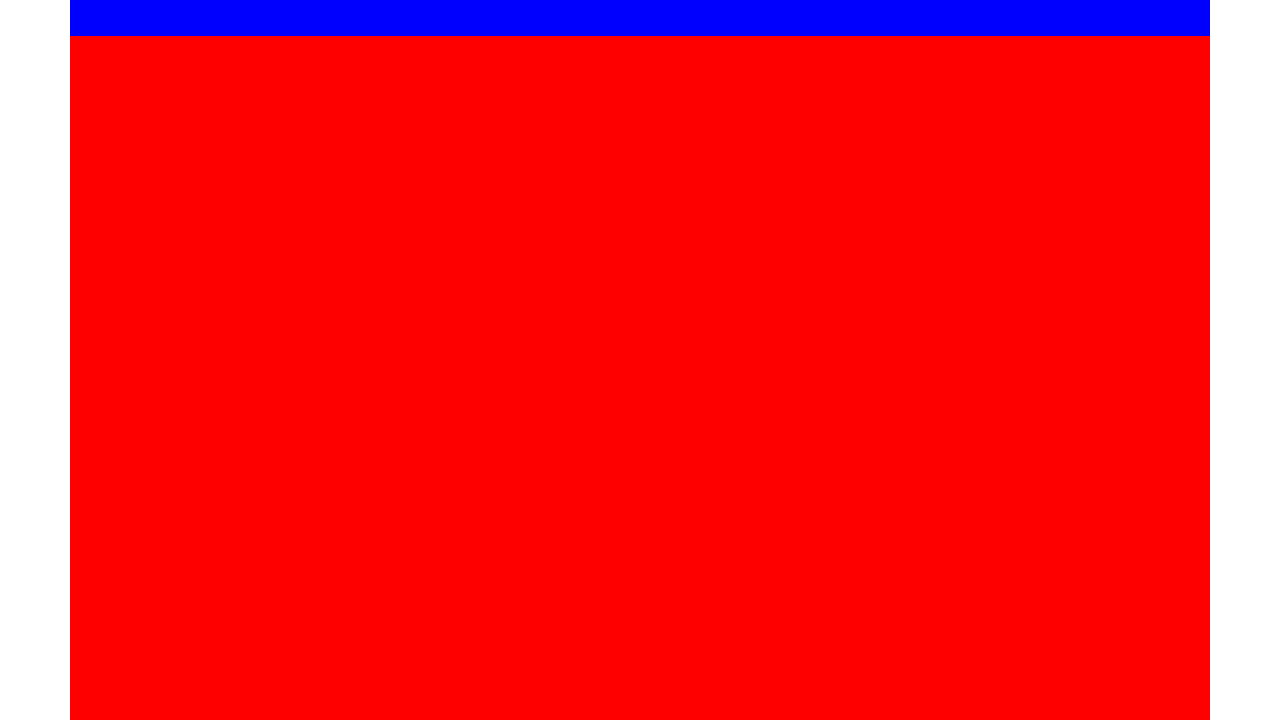
Repository: alexvl06/alexvl06.github.io
Page: index.html
The author's editor kept a copy of each file at every save. The page is drawn from the files as they stood at one save, then again after the next save.
The browser window is 1280 px wide. The pictures show the whole page.

Above is the page before, as saved 2022-07-11 08:19:09.

### index.html
<!DOCTYPE html>
<html lang="en">
  <head>
    <meta charset="utf-8" />
    <meta name="viewport" content="width=device-width, initial-scale=1" />
    <title>Bootstrap demo</title>
    <link
      href="https://cdn.jsdelivr.net/npm/bootstrap@5.2.0-beta1/dist/css/bootstrap.min.css"
      rel="stylesheet"
      integrity="sha384-0evHe/X+R7YkIZDRvuzKMRqM+OrBnVFBL6DOitfPri4tjfHxaWutUpFmBp4vmVor"
      crossorigin="anonymous"
    />
  </head>
  <body>
    <div class="container" style="background: red; height: 100vh;">
      <div class="row">
        <div class="col" style="border: solid blue"></div>
        <div class="col" style="border: solid blue"></div>
        <div class="col" style="border: solid blue"></div>
      </div>
      <div class="row">
        <div class="col" style="border: solid blue"></div>
        <div class="col" style="border: solid blue"></div>
        <div class="col" style="border: solid blue"></div>
        <div class="col" style="border: solid blue"></div>
        <div class="col-" style="border: solid blue"></div>
        <div class="col" style="border: solid blue"></div>
        <div class="col" style="border: solid blue"></div>
        <div class="col" style="border: solid blue"></div>
        <div class="col" style="border: solid blue"></div>
        <div class="col" style="border: solid blue"></div>
      </div>
      <div class="row">
        <div class="col" style="border: solid blue"></div>
        <div class="col" style="border: solid blue"></div>
      </div>
      <div class="row">
        <div class="col" style="border: solid blue"></div>
        <div class="col" style="border: solid blue"></div>
        <div class="col" style="border: solid blue"></div>
        <div class="col" style="border: solid blue"></div>
        <div class="col" style="border: solid blue"></div>
      </div>
      <div class="row"></div>
    </div>
    <script
      src="https://cdn.jsdelivr.net/npm/bootstrap@5.2.0-beta1/dist/js/bootstrap.bundle.min.js"
      integrity="sha384-pprn3073KE6tl6bjs2QrFaJGz5/SUsLqktiwsUTF55Jfv3qYSDhgCecCxMW52nD2"
      crossorigin="anonymous"
    ></script>
  </body>
</html>

After the next save:
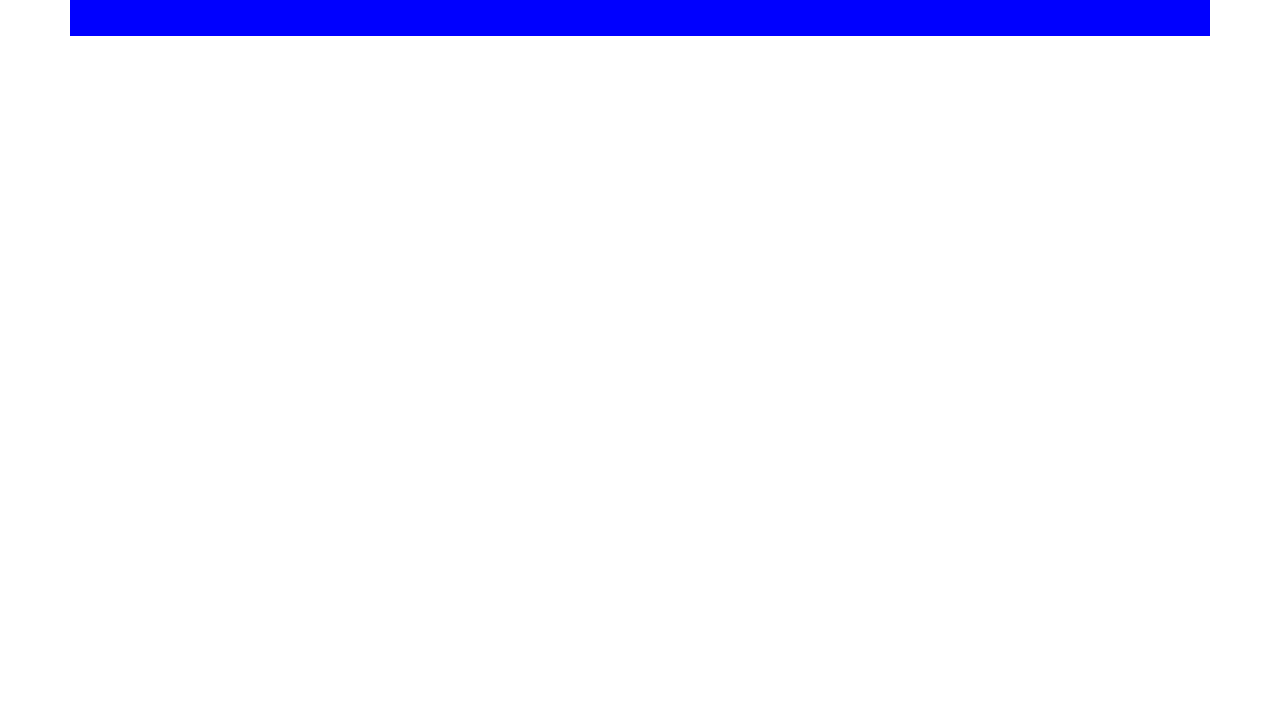
Saved 10 s later.
--- a/index.html
+++ b/index.html
@@ -12,7 +12,7 @@
     />
   </head>
   <body>
-    <div class="container" style="background: red; height: 100vh;">
+    <div class="container" style="background: red">
       <div class="row">
         <div class="col" style="border: solid blue"></div>
         <div class="col" style="border: solid blue"></div>
